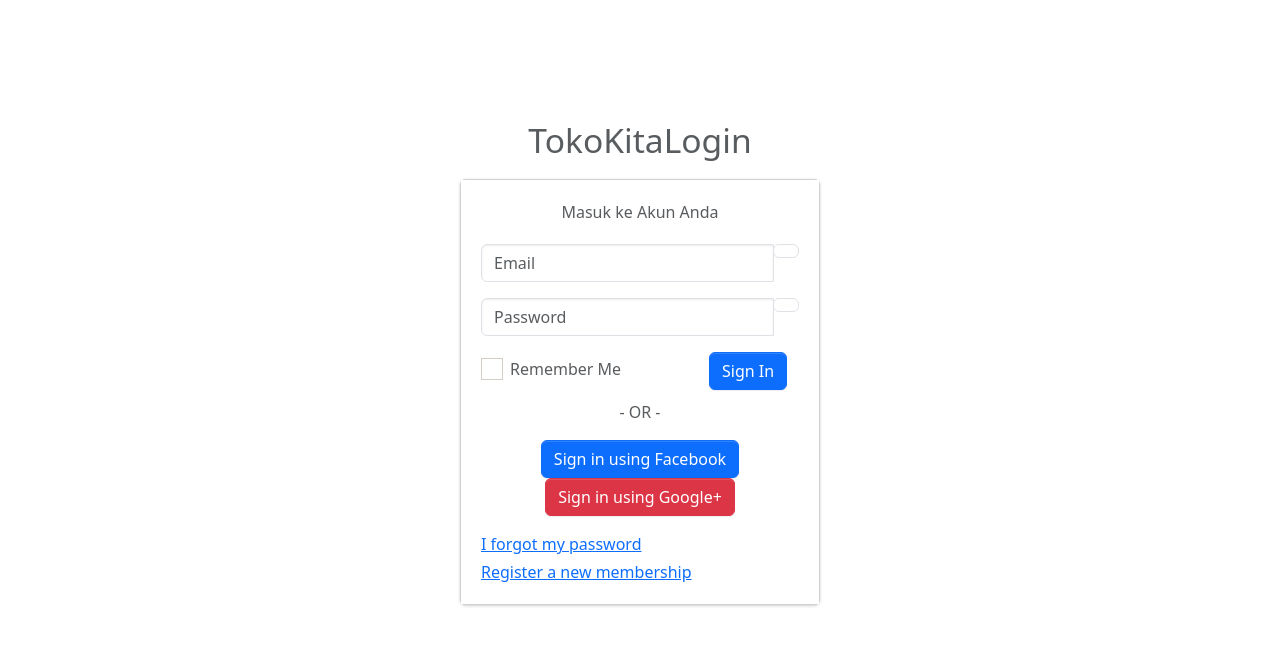
Repository: mufti-1448/Kasir-Toko-Kita-Web
Page: http://localhost/
The author's editor kept a copy of each file at every save. The page is drawn from the files as they stood at one save, then again after a run of saves.
The browser window is 1280 px wide. The pictures show the whole page.
Some web fonts or font styles are not loaded; a fallback is used. The page is served by the project's Laravel application, run on PHP 8.4 with Laravel 12. Other server files are loaded and not shown. Style sheets and scripts are compiled from the project's sources, by tool versions that may differ from the author's.

Above is the page before, as saved 2026-02-03 10:07:18.
Console error: TypeError: Cannot read properties of undefined (reading 'fn')

### routes/web.php
<?php

use Illuminate\Support\Facades\Route;
use App\Http\Controllers\LoginController;
use Symfony\Component\Mailer\Transport\RoundRobinTransport;

// Route::get('/', function () {
//     return view('welcome');
// });

Route::get('/', [LoginController::class, 'showLoginForm']);

### app/Http/Controllers/LoginController.php
<?php

namespace App\Http\Controllers;

use Illuminate\Http\Request;

class LoginController extends Controller
{
    public function showLoginForm() {
        return view('login.login');
    }
}

### resources/views/login/login.blade.php
<!DOCTYPE html>
<html>

<head>
    <meta charset="utf-8">
    <meta http-equiv="X-UA-Compatible" content="IE=edge">
    <title>Admin | Log in</title>
    <!-- Tell the browser to be responsive to screen width -->
    <meta name="viewport" content="width=device-width, initial-scale=1">

    <!-- Font Awesome -->
    <link rel="stylesheet" href="{{ asset('AdminLTE/plugins/fontawesome-free/css/all.min.css') }}">
    <!-- Ionicons -->
    <link rel="stylesheet" href="https://code.ionicframework.com/ionicons/2.0.1/css/ionicons.min.css">
    <!-- icheck bootstrap -->
    <link rel="stylesheet" href="{{ asset('AdminLTE/plugins/icheck-bootstrap/icheck-bootstrap.min.css') }}">
    <!-- Theme style -->
    <link rel="stylesheet" href="{{ asset('AdminLTE/dist/css/adminlte.min.css') }}">
    <!-- Google Font: Source Sans Pro -->
    <link href="https://fonts.googleapis.com/css?family=Source+Sans+Pro:300,400,400i,700" rel="stylesheet">
</head>

<body class="hold-transition login-page">
    <div class="login-box">
        <div class="login-logo">
            <a href="../../index2.html"><b>TokoKita</b>Login</a>
        </div>
        <!-- /.login-logo -->
        <div class="card">
            <div class="card-body login-card-body">
                <p class="login-box-msg">Masuk ke Akun Anda</p>

                <form action="../../index3.html" method="post">
                    <div class="input-group mb-3">
                        <input type="email" class="form-control" placeholder="Email">
                        <div class="input-group-append">
                            <div class="input-group-text">
                                <span class="fas fa-envelope"></span>
                            </div>
                        </div>
                    </div>
                    <div class="input-group mb-3">
                        <input type="password" class="form-control" placeholder="Password">
                        <div class="input-group-append">
                            <div class="input-group-text">
                                <span class="fas fa-lock"></span>
                            </div>
                        </div>
                    </div>
                    <div class="row">
                        <div class="col-8">
                            <div class="icheck-primary">
                                <input type="checkbox" id="remember">
                                <label for="remember">
                                    Remember Me
                                </label>
                            </div>
                        </div>
                        <!-- /.col -->
                        <div class="col-4">
                            <button type="submit" class="btn btn-primary btn-block">Sign In</button>
                        </div>
                        <!-- /.col -->
                    </div>
                </form>

                <div class="social-auth-links text-center mb-3">
                    <p>- OR -</p>
                    <a href="#" class="btn btn-block btn-primary">
                        <i class="fab fa-facebook mr-2"></i> Sign in using Facebook
                    </a>
                    <a href="#" class="btn btn-block btn-danger">
                        <i class="fab fa-google-plus mr-2"></i> Sign in using Google+
                    </a>
                </div>
                <!-- /.social-auth-links -->

                <p class="mb-1">
                    <a href="forgot-password.html">I forgot my password</a>
                </p>
                <p class="mb-0">
                    <a href="register.html" class="text-center">Register a new membership</a>
                </p>
            </div>
            <!-- /.login-card-body -->
        </div>
    </div>
    <!-- /.login-box -->

    <!-- jQuery -->
    <script src="{{ asset('AdminLTE/plugins/jquery/jquery.min.js') }}"></script>
    <!-- Bootstrap 4 -->
    <script src="{{ asset('AdminLTE/plugins/bootstrap/js/bootstrap.bundle.min.js') }}"></script>
    <!-- AdminLTE App -->
    <script src="{{ asset('AdminLTE/dist/js/adminlte.min.js') }}"></script>
</body>

</html>

### assets/template/src/scss/adminlte.scss
/*!
 *   AdminLTE v4.0.0-beta1
 *   Author: Colorlib
 *   Website: AdminLTE.io <https://adminlte.io>
 *   License: Open source - MIT <https://opensource.org/licenses/MIT>
 */

// Bootstrap Configuration
// ---------------------------------------------------
@import "bootstrap/scss/functions";

// AdminLTE Configuration
// ---------------------------------------------------
@import "bootstrap-variables"; // little modified are here

// Bootstrap Configuration
// ---------------------------------------------------
@import "bootstrap/scss/variables";
@import "bootstrap/scss/variables-dark";
@import "bootstrap/scss/maps";
@import "bootstrap/scss/mixins";
@import "bootstrap/scss/utilities";

// Bootstrap Layout & components
@import "bootstrap/scss/root";
@import "bootstrap/scss/reboot";
@import "bootstrap/scss/type";
@import "bootstrap/scss/images";
@import "bootstrap/scss/containers";
@import "bootstrap/scss/grid";
@import "bootstrap/scss/tables";
@import "bootstrap/scss/forms";
@import "bootstrap/scss/buttons";
@import "bootstrap/scss/transitions";
@import "bootstrap/scss/dropdown";
@import "bootstrap/scss/button-group";
@import "bootstrap/scss/nav";
@import "bootstrap/scss/navbar";
@import "bootstrap/scss/card";
@import "bootstrap/scss/accordion";
@import "bootstrap/scss/breadcrumb";
@import "bootstrap/scss/pagination";
@import "bootstrap/scss/badge";
@import "bootstrap/scss/alert";
@import "bootstrap/scss/progress";
@import "bootstrap/scss/list-group";
@import "bootstrap/scss/close";
@import "bootstrap/scss/toasts";
@import "bootstrap/scss/modal";
@import "bootstrap/scss/tooltip";
@import "bootstrap/scss/popover";
@import "bootstrap/scss/carousel";
@import "bootstrap/scss/spinners";
@import "bootstrap/scss/offcanvas";
@import "bootstrap/scss/placeholders";

// Bootstrap Helpers
@import "bootstrap/scss/helpers";

// Bootstrap Utilities
@import "bootstrap/scss/utilities/api";

// AdminLTE Configuration
// ---------------------------------------------------
@import "variables";
@import "variables-dark";
@import "mixins";

// AdiminLTE Parts
// ---------------------------------------------------
@import "parts/core";
@import "parts/components";
@import "parts/extra-components";
@import "parts/pages";
@import "parts/miscellaneous";

### assets/template/src/scss/_variables-dark.scss
// SIDEBAR SKINS
// --------------------------------------------------------

$lte-sidebar-hover-bg-dark:               rgba(255, 255, 255, .1) !default;
$lte-sidebar-color-dark:                  #c2c7d0 !default;
$lte-sidebar-hover-color-dark:            $white !default;
$lte-sidebar-active-color-dark:           $white !default;
$lte-sidebar-menu-active-bg-dark:         rgba(255, 255, 255, .1) !default;
$lte-sidebar-menu-active-color-dark:      $white !default;
$lte-sidebar-submenu-bg-dark:             transparent !default;
$lte-sidebar-submenu-color-dark:          #c2c7d0 !default;
$lte-sidebar-submenu-hover-color-dark:    $white !default;
$lte-sidebar-submenu-hover-bg-dark:       rgba(255, 255, 255, .1) !default;
$lte-sidebar-submenu-active-color-dark:   $white !default;
$lte-sidebar-submenu-active-bg-dark:      rgba(255, 255, 255, .1) !default;
$lte-sidebar-header-color-dark:           tint-color(#c2c7d0, 5%) !default;

### assets/template/src/scss/mixins/_animations.scss
//
// Mixins: Animation
//


@keyframes flipInX {
  0% {
    opacity: 0;
    transition-timing-function: ease-in;
    transform: perspective(400px) rotate3d(1, 0, 0, 90deg);
  }

  40% {
    transition-timing-function: ease-in;
    transform: perspective(400px) rotate3d(1, 0, 0, -20deg);
  }

  60% {
    opacity: 1;
    transform: perspective(400px) rotate3d(1, 0, 0, 10deg);
  }

  80% {
    transform: perspective(400px) rotate3d(1, 0, 0, -5deg);
  }

  100% {
    transform: perspective(400px);
  }
}

@keyframes fadeIn {
  from {
    opacity: 0;
  }

  to {
    opacity: 1;
  }
}

@keyframes fadeOut {
  from {
    opacity: 1;
  }

  to {
    opacity: 0;
  }
}

@keyframes shake {
  0% {
    transform: translate(2px, 1px) rotate(0deg);
  }
  10% {
    transform: translate(-1px, -2px) rotate(-2deg);
  }
  20% {
    transform: translate(-3px, 0) rotate(3deg);
  }
  30% {
    transform: translate(0, 2px) rotate(0deg);
  }
  40% {
    transform: translate(1px, -1px) rotate(1deg);
  }
  50% {
    transform: translate(-1px, 2px) rotate(-1deg);
  }
  60% {
    transform: translate(-3px, 1px) rotate(0deg);
  }
  70% {
    transform: translate(2px, 1px) rotate(-2deg);
  }
  80% {
    transform: translate(-1px, -1px) rotate(4deg);
  }
  90% {
    transform: translate(2px, 2px) rotate(0deg);
  }
  100% {
    transform: translate(1px, -2px) rotate(-1deg);
  }
}

@keyframes wobble {
  0% {
    transform: none;
  }

  15% {
    transform: translate3d(-25%, 0, 0) rotate3d(0, 0, 1, -5deg);
  }

  30% {
    transform: translate3d(20%, 0, 0) rotate3d(0, 0, 1, 3deg);
  }

  45% {
    transform: translate3d(-15%, 0, 0) rotate3d(0, 0, 1, -3deg);
  }

  60% {
    transform: translate3d(10%, 0, 0) rotate3d(0, 0, 1, 2deg);
  }

  75% {
    transform: translate3d(-5%, 0, 0) rotate3d(0, 0, 1, -1deg);
  }

  100% {
    transform: none;
  }
}

### assets/template/src/scss/_app-content.scss
.app-content {
  padding: $lte-content-padding-y $lte-content-padding-x;
}

.app-content-top-area,
.app-content-bottom-area{
  display: flex;
  align-items: center;
  padding: $lte-content-padding-y $lte-content-padding-x;
  overflow: auto;
  background: $lte-app-footer-bg;

  > .row {
    display: contents;
  }

  &.app-content-top-area-sm,
  &.app-content-bottom-area-sm{
    min-height: $lte-app-content-bottom-area-height-sm;
  }

  &.app-content-top-area-md,
  &.app-content-bottom-area-md{
    min-height: $lte-app-content-bottom-area-height-md;
  }
  &.app-content-top-area-lg,
  &.app-content-bottom-area-lg{
    min-height: $lte-app-content-bottom-area-height-lg;
  }
  &.app-content-top-area-xl,
  &.app-content-bottom-area-xl{
    min-height: $lte-app-content-bottom-area-height-xl;
  }
}

.app-content-top-area:not(.app-content-top-area-sm):not(.app-content-top-area-md):not(.app-content-top-area-lg):not(.app-content-top-area-xl),
.app-content-bottom-area:not(.app-content-bottom-area-sm):not(.app-content-bottom-area-md):not(.app-content-bottom-area-lg):not(.app-content-bottom-area-xl) {
  padding-top: $grid-gutter-width * .625;
  padding-bottom: $grid-gutter-width * .625;
}

.app-content-bottom-area {
  border-top: $lte-app-footer-border-top;
}
.app-content-top-area {
  border-bottom: $lte-app-footer-border-top;

  + .app-main {
    padding-top: $grid-gutter-width * .5;
  }
}

### assets/template/src/scss/_callouts.scss
//
// Callouts
//

.callout {
  --#{$prefix}link-color-rgb: var(--#{$lte-prefix}callout-link);
  --#{$prefix}code-color: var(--#{$lte-prefix}callout-code-color);

  padding: 1.25rem;
  color: var(--#{$lte-prefix}callout-color, inherit);
  background-color: var(--#{$lte-prefix}callout-bg, var(--bs-gray-100));
  border-left: .25rem solid var(--#{$lte-prefix}callout-border, var(--bs-gray-300));

  .callout-link {
    font-weight: $lte-callout-link-font-weight;
    color: var(--#{$prefix}callout-link-color);
  }

  h4 {
    margin-bottom: .25rem;
  }

  > :last-child {
    margin-bottom: 0;
  }

  + .callout {
    margin-top: -.25rem;
  }
}

// Variations
@each $name, $color in $theme-colors {
  .callout-#{$name} {
    --#{$lte-prefix}callout-color: var(--#{$prefix}#{$name}-text-emphasis);
    --#{$lte-prefix}callout-bg: var(--#{$prefix}#{$name}-bg-subtle);
    --#{$lte-prefix}callout-border: var(--#{$prefix}#{$name}-border-subtle);
    --#{$prefix}callout-link-color: var(--#{$prefix}#{$name}-text-emphasis);
  }
}

### assets/template/src/scss/_compact-mode.scss
.compact-mode {
  .app-content-top-area:not(.app-content-top-area-sm):not(.app-content-top-area-md):not(.app-content-top-area-lg):not(.app-content-top-area-xl),
  .app-content-bottom-area:not(.app-content-bottom-area-sm):not(.app-content-bottom-area-md):not(.app-content-bottom-area-lg):not(.app-content-bottom-area-xl) {
    padding-top: $grid-gutter-width * .425;
    padding-bottom: $grid-gutter-width * .425;
  }
  .app-content-top-area-sm,
  .app-content-bottom-area-sm {
    min-height: $lte-app-content-bottom-area-height-sm * .825;
  }

  .app-content-top-area-md,
  .app-content-bottom-area-md {
    min-height: $lte-app-content-bottom-area-height-md * .825;
  }

  .app-content-top-area-lg,
  .app-content-bottom-area-lg {
    min-height: $lte-app-content-bottom-area-height-lg * .825;
  }

  .app-content-top-area-xl,
  .app-content-bottom-area-xl {
    min-height: $lte-app-content-bottom-area-height-xl * .825;
  }


  .app-header {
    max-height: $lte-app-header-height-compact;

    .nav-link {
      max-height: $nav-link-height-compact;
    }
  }

  .nav-link {
    --bs-nav-link-padding-y: .25rem;
    --bs-nav-link-padding-x: .5rem;
  }

  &.sidebar-mini.sidebar-collapse {
    .app-sidebar:not(:hover) {
      min-width: $lte-sidebar-mini-width-compact;
      max-width: $lte-sidebar-mini-width-compact;

      .sidebar-menu {
        .nav-link {
          width: $lte-sidebar-mini-width-compact - $lte-sidebar-padding-x * 2 !important;
        }
      }
    }
  }

  .logo-xs,
  .logo-xl {
    max-height: $lte-app-header-height-compact;
  }

  .brand-image {
    width: $nav-link-height-compact;
    height: $nav-link-height-compact;
  }

  .sidebar-brand {
    height: $lte-app-header-height-compact;
  }

  .app-footer {
    padding: $lte-app-footer-padding-compact;
  }

  .sidebar-wrapper {
    .nav-icon {
      min-width: 1.1rem;
      max-width: 1.1rem;
    }
  }
}

### assets/template/src/scss/_progress-bars.scss
//
// Component: Progress Bar
//

//General CSS
.progress {
  @include box-shadow(null);
  @include border-radius($lte-progress-bar-border-radius);

  // Vertical bars
  &.vertical {
    position: relative;
    display: inline-block;
    width: 30px;
    height: 200px;
    margin-right: 10px;

    > .progress-bar {
      position: absolute;
      bottom: 0;
      width: 100%;
    }

    //Sizes
    &.sm,
    &.progress-sm {
      width: 20px;
    }

    &.xs,
    &.progress-xs {
      width: 10px;
    }

    &.xxs,
    &.progress-xxs {
      width: 3px;
    }
  }
}

.progress-group {
  margin-bottom: map-get($spacers, 2);
}

// size variation
.progress-sm {
  height: 10px;
}

.progress-xs {
  height: 7px;
}

.progress-xxs {
  height: 3px;
}

// Remove margins from progress bars when put in a table
.table {
  tr > td {
    .progress {
      margin: 0;
    }
  }
}

### assets/template/src/scss/_table.scss
//
// Component: Table
//

.table {
  &:not(.table-dark) {
    color: inherit;
  }

  // fixed table head
  &.table-head-fixed {
    thead tr:nth-child(1) th {
      position: sticky;
      top: 0;
      z-index: 10;
      background-color: $white;
      border-bottom: 0;
      box-shadow: inset 0 1px 0 $table-border-color, inset 0 -1px 0 $table-border-color;
    }

    // TODO: add $table-dark
    // &.table-dark {
    //   thead tr {
    //     &:nth-child(1) th {
    //       background-color: $table-dark-bg;
    //       box-shadow: inset 0 1px 0 $table-dark-border-color, inset 0 -1px 0 $table-dark-border-color;
    //     }
    //   }
    // }
  }

  // no border
  &.no-border {
    &,
    td,
    th {
      border: 0;
    }
  }

  // .text-center in tables
  &.text-center {
    &,
    td,
    th {
      text-align: center;
    }
  }

  &.table-valign-middle {
    thead > tr > th,
    thead > tr > td,
    tbody > tr > th,
    tbody > tr > td {
      vertical-align: middle;
    }
  }

  .card-body.p-0 & {
    thead > tr > th,
    thead > tr > td,
    tfoot > tr > th,
    tfoot > tr > td,
    tbody > tr > th,
    tbody > tr > td {
      &:first-of-type {
        padding-left: map-get($spacers, 4);
      }

      &:last-of-type {
        padding-right: map-get($spacers, 4);
      }
    }
  }
}

### assets/template/src/scss/_small-box.scss
//
// Component: Small Box
//

.small-box {
  @include border-radius($border-radius);
  @include box-shadow($lte-card-shadow);
  position: relative;
  display: block;
  margin-bottom: 1.25rem;
  --bs-link-color-rgb: none;
  --bs-link-hover-color-rgb: none;
  --bs-heading-color: none;

  // content wrapper
  > .inner {
    padding: 10px;
  }

  > .small-box-footer {
    position: relative;
    z-index: 10;
    display: block;
    padding: 3px 0;
    text-align: center;
    background-color: rgba($black, .07);

    &:hover {
      background-color: rgba($black, .1);
    }
  }

  h3 {
    @include font-size(2.2rem);
    padding: 0;
    margin: 0 0 10px;
    font-weight: 700;
    white-space: nowrap;
  }

  @include media-breakpoint-up(lg) {
    .col-xl-2 &,
    .col-lg-2 &,
    .col-md-2 & {
      h3 {
        @include font-size(1.6rem);
      }
    }

    .col-xl-3 &,
    .col-lg-3 &,
    .col-md-3 & {
      h3 {
        @include font-size(1.6rem);
      }
    }
  }

  @include media-breakpoint-up(xl) {
    .col-xl-2 &,
    .col-lg-2 &,
    .col-md-2 & {
      h3 {
        @include font-size(2.2rem);
      }
    }

    .col-xl-3 &,
    .col-lg-3 &,
    .col-md-3 & {
      h3 {
        @include font-size(2.2rem);
      }
    }
  }

  p {
    font-size: 1rem;

    > small {
      display: block;
      margin-top: 5px;
      font-size: .9rem;
      color: $gray-100;
    }
  }

  h3,
  p {
    z-index: 5;
  }

  // the icon
  .small-box-icon {
    position: absolute;
    top: 15px;
    right: 15px;
    z-index: 0;
    height: 70px;
    font-size: 70px;
    color: rgba($black, .15);
    @include transition(transform $lte-transition-speed linear);
  }

  // Small box hover state
  &:hover {
    // Animate icons on small box hover
    .small-box-icon {
      transform: scale(1.1);
    }
  }
}

@include media-breakpoint-down(sm) {
  // No need for icons on very small devices
  .small-box {
    text-align: center;

    .small-box-icon {
      display: none;
    }

    p {
      font-size: 12px;
    }
  }
}

### assets/template/src/scss/_toasts.scss
//
// Toast
//

@each $name, $color in $theme-colors {
  .toast-#{$name} {
    --#{$prefix}toast-header-color: #{color-contrast($color)};
    --#{$prefix}toast-header-bg: #{$color};
    --#{$prefix}toast-header-border-color: #{$color};
    --#{$prefix}toast-border-color: #{$color};
    --#{$prefix}toast-bg: var(--#{$prefix}#{$name}-bg-subtle);

    @if color-contrast($color) == $color-contrast-light {
      .btn-close {
        @include btn-close-white();
      }
    }
  }
}

@if $enable-dark-mode {
  @include color-mode(dark) {
    @each $name, $color in $theme-colors {
      .toast-#{$name} {
        @if color-contrast($color) == $color-contrast-dark {
          .btn-close {
            --#{$prefix}btn-close-white-filter: none;
          }
        }
      }
    }
  }
}

### assets/template/src/scss/pages/_login_and_register.scss
//
// Pages: Login & Register
//

.login-logo,
.register-logo {
  margin-bottom: .9rem;
  font-size: 2.1rem;
  font-weight: 300;
  text-align: center;

  a {
    color: var(--#{$prefix}secondary-color);
    text-decoration: none;
  }
}

.login-page,
.register-page {
  display: flex;
  flex-direction: column;
  align-items: center;
  justify-content: center;
  min-height: 100vh;
}

.login-box,
.register-box {
  width: 360px;

  @media (max-width: map-get($grid-breakpoints, sm)) {
    width: 90%;
    margin-top: .5rem;
  }

  .card {
    margin-bottom: 0;
  }
}

.login-card-body,
.register-card-body {
  padding: 20px;
  color: var(--#{$prefix}secondary-color);
  background-color: var(--#{$prefix}body-bg);
  border-top: 0;

  .input-group {
    .form-control {
      &:focus {
        box-shadow: none;

        ~ .input-group-prepend .input-group-text,
        ~ .input-group-append .input-group-text {
          border-color: $input-focus-border-color;
        }
      }

      &.is-valid {
        &:focus {
          box-shadow: none;
        }

        ~ .input-group-prepend .input-group-text,
        ~ .input-group-append .input-group-text {
          border-color: $success;
        }
      }

      &.is-invalid {
        &:focus {
          box-shadow: none;
        }

        ~ .input-group-append .input-group-text {
          border-color: $danger;
        }
      }
    }

    .input-group-text {
      color: var(--#{$prefix}secondary-color);
      background-color: transparent;
      @include border-top-end-radius($border-radius);
      @include border-bottom-end-radius($border-radius);
      @include transition($input-transition);
    }
  }
}

.login-box-msg,
.register-box-msg {
  padding: 0 20px 20px;
  margin: 0;
  text-align: center;
}

.social-auth-links {
  margin: 10px 0;
}

### assets/template/src/scss/pages/_lockscreen.scss
//
// Pages: Lock Screen
//

// ADD THIS CLASS TO THE <BODY> TAG
.lockscreen {
  // User name [optional]
  .lockscreen-name {
    font-weight: 600;
    text-align: center;
  }

  .lockscreen-logo {
    margin-bottom: 25px;
    font-size: 35px;
    font-weight: 300;
    text-align: center;

    a {
      color: var(--#{$prefix}emphasis-color);
      text-decoration: none;
    }
  }

  .lockscreen-wrapper {
    max-width: 400px;
    margin: 0 auto;
    margin-top: 10%;
  }

  // Will contain the image and the sign in form
  .lockscreen-item {
    position: relative;
    width: 290px;
    padding: 0;
    margin: 10px auto 30px;
    background-color: var(--#{$prefix}body-bg);
    @include border-radius(4px);
  }

  // User image
  .lockscreen-image {
    position: absolute;
    top: -25px;
    left: -10px;
    z-index: 10;
    padding: 5px;
    background-color: var(--#{$prefix}body-bg);
    @include border-radius(50%);

    > img {
      @include border-radius(50%);
      width: 70px;
      height: 70px;
    }
  }

  // Contains the password input and the login button
  .lockscreen-credentials {
    margin-left: 70px;

    .form-control {
      border: 0;
    }

    .btn {
      padding: 0 10px;
      border: 0;
    }
  }

  .lockscreen-footer {
    margin-top: 10px;
  }
}

Loaded but not shown: app/Http/Controllers/Controller.php (common file); public/AdminLTE/plugins/icheck-bootstrap/icheck-bootstrap.min.css (library); public/AdminLTE/plugins/bootstrap/js/bootstrap.bundle.min.js (library); public/AdminLTE/dist/js/adminlte.min.js (library); assets/template/src/scss/_bootstrap-variables.scss (common file); assets/template/src/scss/_mixins.scss (common file); assets/template/src/scss/mixins/_scrollbar.scss (common file); assets/template/src/scss/parts/_core.scss (common file); assets/template/src/scss/_root.scss (common file); assets/template/src/scss/_app-wrapper.scss (common file); assets/template/src/scss/_app-header.scss (common file); assets/template/src/scss/_app-main.scss (common file); assets/template/src/scss/_app-footer.scss (common file); assets/template/src/scss/_docs.scss (common file); assets/template/src/scss/parts/_components.scss (common file); assets/template/src/scss/parts/_extra-components.scss (common file); assets/template/src/scss/parts/_pages.scss (common file); assets/template/src/scss/parts/_miscellaneous.scss (common file); assets/template/src/scss/_miscellaneous.scss (common file); assets/template/src/scss/_app-sidebar.scss (602 lines, source omitted); assets/template/src/scss/_variables.scss (118 lines, source omitted); assets/template/src/scss/_cards.scss (309 lines, source omitted); assets/template/src/scss/_dropdown.scss (248 lines, source omitted); assets/template/src/scss/_direct-chat.scss (235 lines, source omitted); assets/template/src/scss/_timeline.scss (121 lines, source omitted); assets/template/src/scss/_info-box.scss (131 lines, source omitted)

After the next 2 saves:
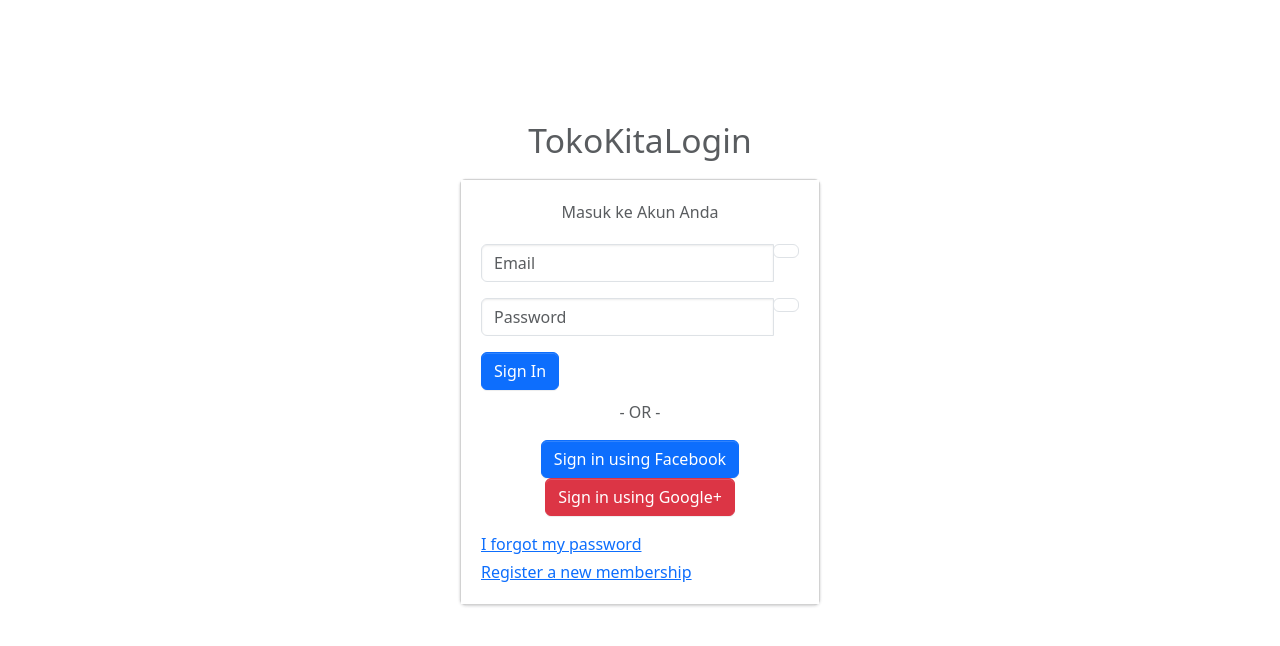
The 2 saves are shown as one change because they came seconds apart.
The last was saved 2 min 43 s later.
--- a/resources/views/login/login.blade.php
+++ b/resources/views/login/login.blade.php
@@ -48,16 +48,8 @@
                         </div>
                     </div>
                     <div class="row">
-                        <div class="col-8">
-                            <div class="icheck-primary">
-                                <input type="checkbox" id="remember">
-                                <label for="remember">
-                                    Remember Me
-                                </label>
-                            </div>
-                        </div>
                         <!-- /.col -->
-                        <div class="col-4">
+                        <div class="col-4 ">
                             <button type="submit" class="btn btn-primary btn-block">Sign In</button>
                         </div>
                         <!-- /.col -->
